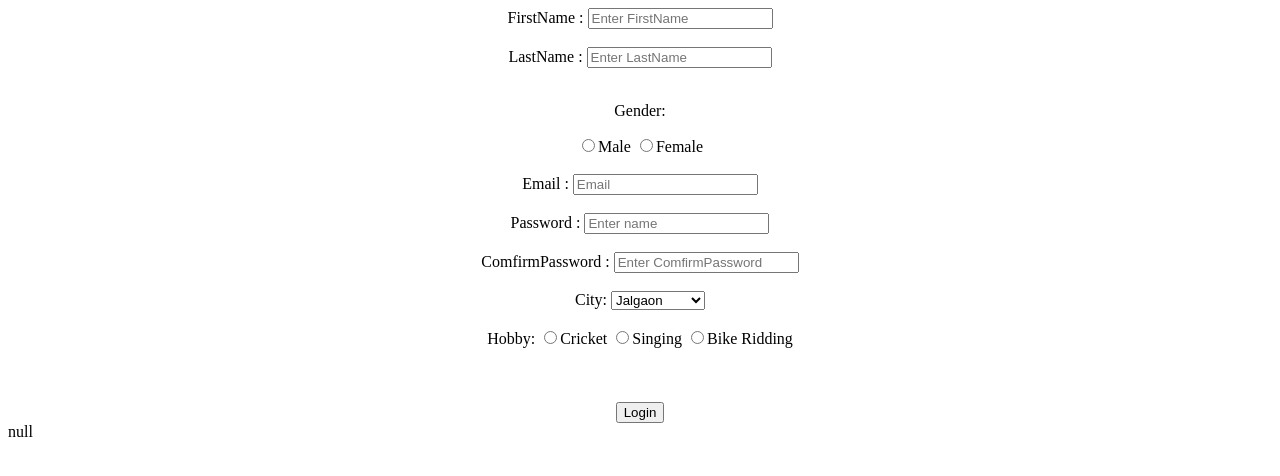
Repository: yogendra-dashore/java-ism
Page: http://localhost/23-ism-jee/Registration.jsp
These files come from the project's save history. The page is drawn as it stood at one moment and after the next save; the edit follows.
The browser window is 1280 px wide. The pictures show the whole page.
The page is served by Tomcat 9.

Above is the page before, as saved 2023-04-03 04:35:22.

After the next save:
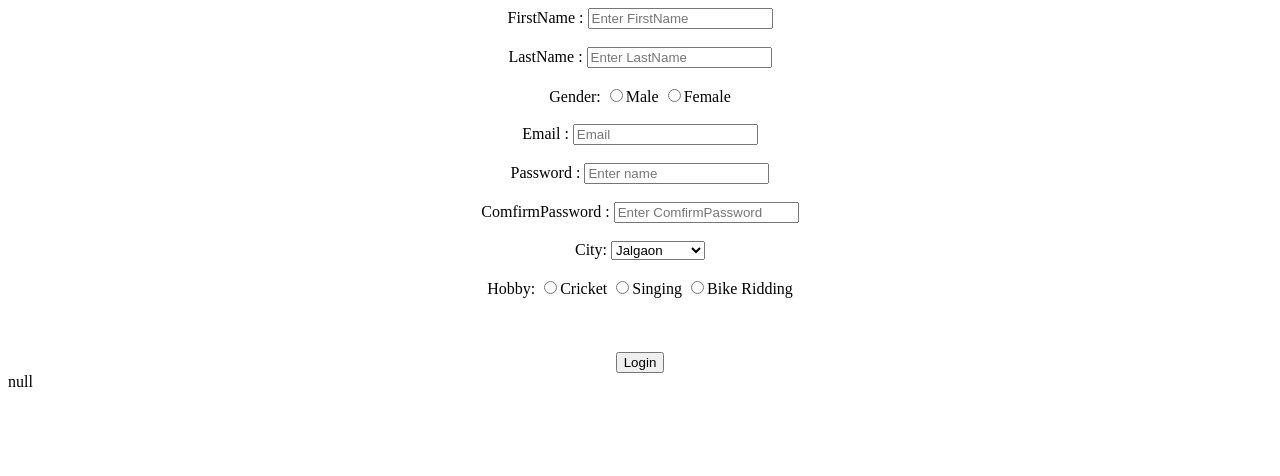
Saved 46 s later.
--- a/23-ism-jee/src/main/webapp/Registration.jsp
+++ b/23-ism-jee/src/main/webapp/Registration.jsp
@@ -16,7 +16,7 @@
 
 FirstName : <input type="text" name="FirstName" placeholder="Enter FirstName"><br><br>
 LastName : <input type="text" name="LastName" placeholder="Enter LastName"><br><br>
-<p>Gender:</p>
+Gender:
   <input type="radio" id="gender1" name="Gender" value="Male">Male
   <input type="radio" id="gender2" name="Gender" value="Female">Female<br><br>
 
